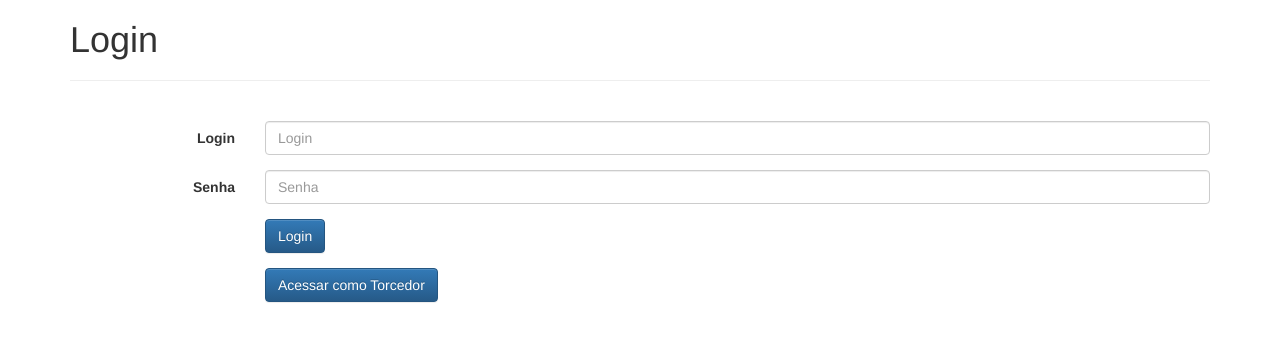
Repository: ProjetoBlocoInfnet/projeto-carnaval
Page: http://localhost/ProjetoCarnaval_Exemplo01/login
These files come from the project's save history. The page is drawn as it stood at one moment and after the next save; the edit follows.
The browser window is 1280 px wide. The pictures show the whole page.
Some web libraries are served in a nearby version. The page is served by Tomcat 9.

Above is the page before, as saved 2015-05-14 02:04:41.

After the next save:
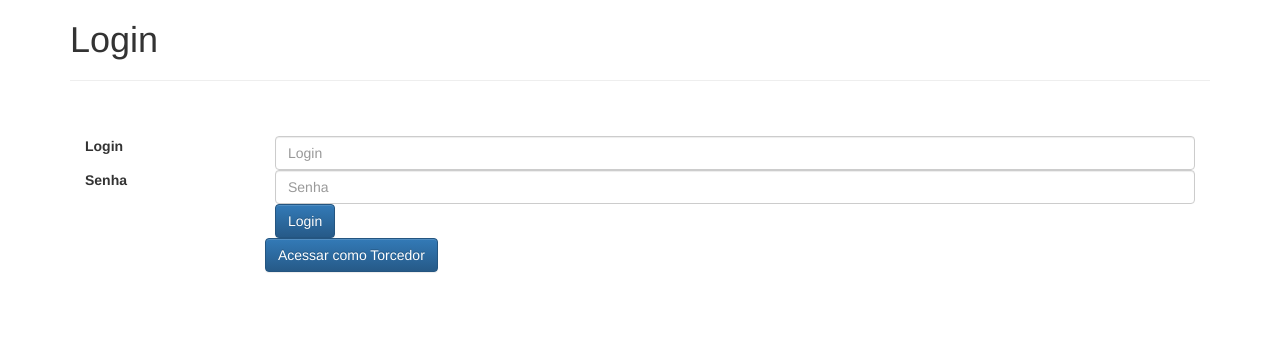
Saved 40 s later.
--- a/ProjetoCarnaval_Exemplo01/WebContent/index.jsp
+++ b/ProjetoCarnaval_Exemplo01/WebContent/index.jsp
@@ -41,7 +41,7 @@
 		<strong><%=request.getAttribute("logout") %></strong></div>
 	<% } %>
 
-	<form class="form-horizontal" action="Login" method="post">
+	<form action="Login" method="post">
 		  <div class="form-group">
 		    <label for="login" class="col-sm-2 control-label">Login</label>
 		    <div class="col-sm-10">
